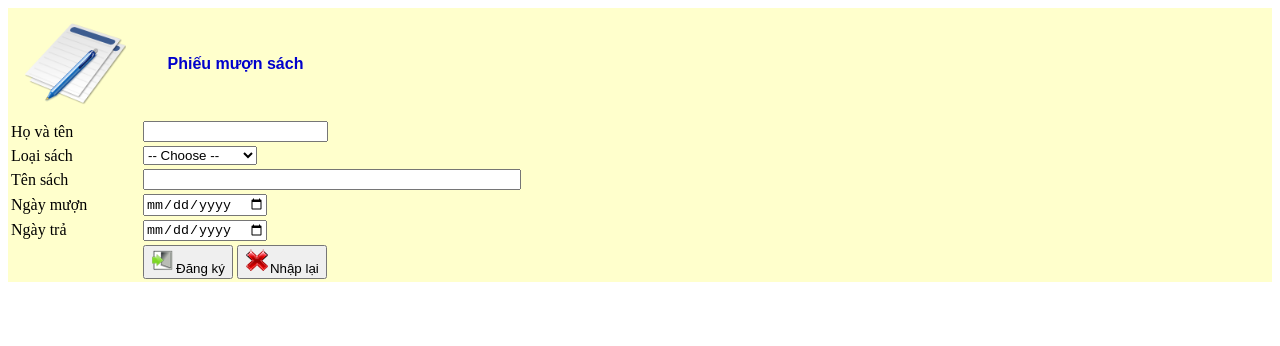
Repository: AnhDuc0125/HTML-Aptech
Page: bt2092-b2/index.html
The author's editor kept a copy of each file at every save. The page is drawn from the files as they stood at one save, then again after the next save.
The browser window is 1280 px wide. The pictures show the whole page.

Above is the page before, as saved 2021-12-03 20:44:27.

After the next save:
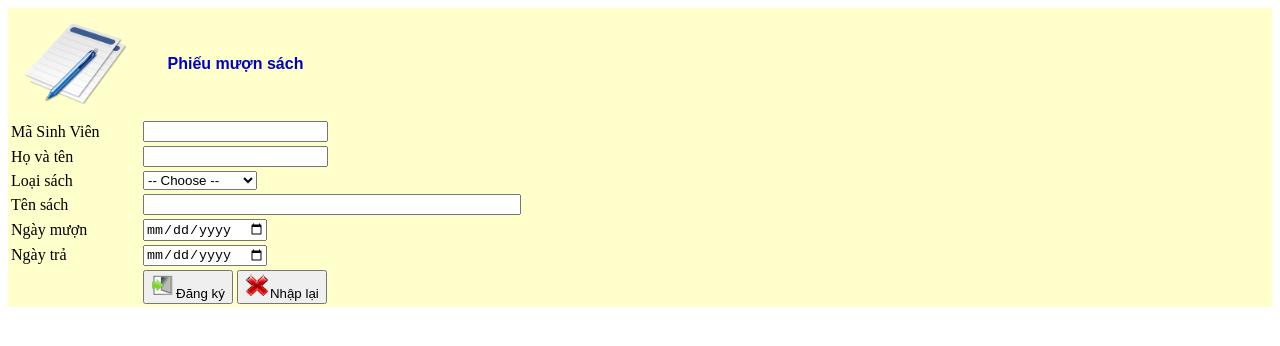
Saved 39 s later.
--- a/bt2092-b2/index.html
+++ b/bt2092-b2/index.html
@@ -18,6 +18,10 @@
                         </tr>
                     </thead>
                     <tbody>
+                        <tr>
+                            <td><label for="msv">Mã Sinh Viên</label></td>
+                            <td><input type="number"></td>
+                        </tr>
                         <tr>
                             <td><label for="hoten">Họ và tên</label></td>
                             <td><input type="text"></td>
